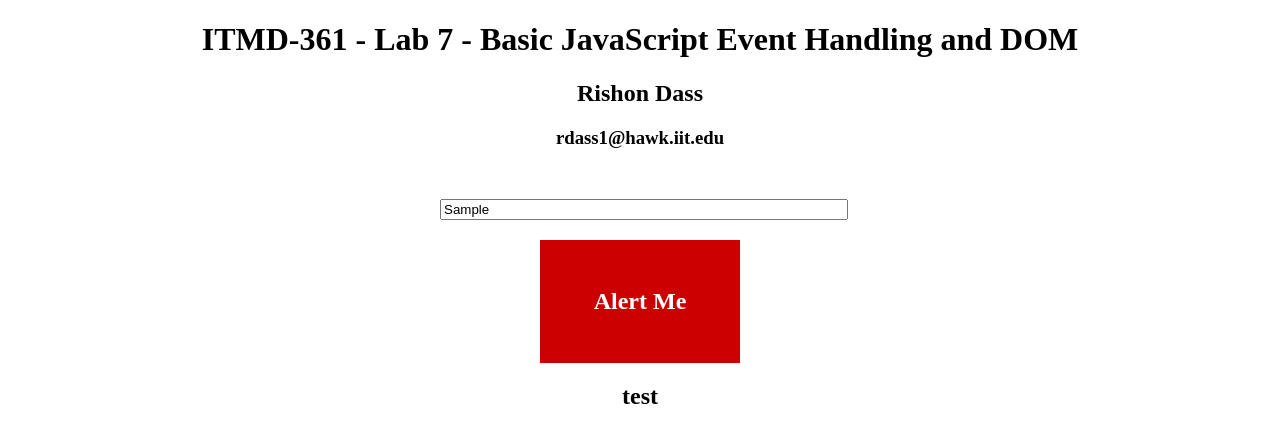
Repository: rishondass/ITMD316-Lab7
Page: index.html
The author's editor kept a copy of each file at every save. The page is drawn from the files as they stood at one save, then again after the next save.
The browser window is 1280 px wide. The pictures show the whole page.
Empty fields were first filled with sample values (such as "Sample", 5 or name@example.com).
After loading, the first visible `#entrybutton` was clicked once.

Above is the page before, as saved 2023-04-04 23:30:02.

### index.html
<!DOCTYPE html>
<html lang="en">
<head>
  <meta charset="UTF-8">
  <title>Lab 7 - Basic JavaScript Event Handling and DOM</title>
  <link rel="stylesheet" href="style/style.css">
  <script async src="js/script.js"></script>
</head>
<body>
  <h1 class="center">ITMD-361 - Lab 7 - Basic JavaScript Event Handling and DOM</h1>
  <h2 class="center">Rishon Dass</h2>
  <h3 class="center">rdass1@hawk.iit.edu</h3>
  <div id="container">
    <input id="entryinput" type="text" name="textentry" placeholder="Enter a Message">
    <div id="entrybutton">Alert Me</div>
    <h2 id="textoutput" class="center">Show results here</h2>
  </div>
</body>
</html>

### js/script.js
function init(){
//add your javascrip between these two lines of code
  let alertMetBtn = window.document.getElementById("entrybutton");
  let output = window.document.getElementById("textoutput");
  alertMetBtn.addEventListener("click",()=>{
    let input = window.document.getElementById("entryinput").value;
    output.innerHTML = "test";
    window.alert(`Rishon Dass: ${input}`);
  });



}







window.addEventListener('load', init);

Loaded but not shown: style/style.css (common file)

After the next save:
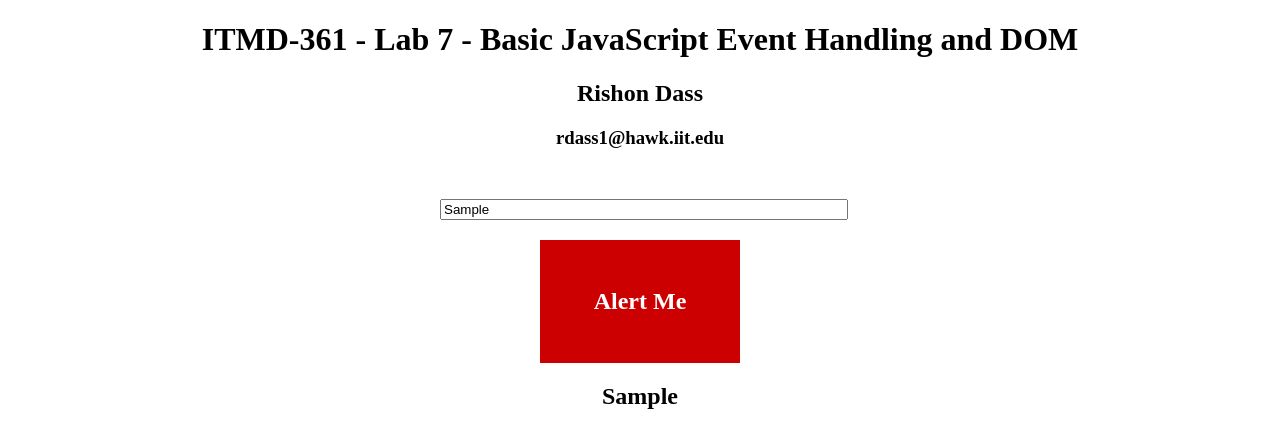
Saved 4 s later.
--- a/js/script.js
+++ b/js/script.js
@@ -4,7 +4,7 @@ function init(){
   let output = window.document.getElementById("textoutput");
   alertMetBtn.addEventListener("click",()=>{
     let input = window.document.getElementById("entryinput").value;
-    output.innerHTML = "test";
+    output.innerHTML = input;
     window.alert(`Rishon Dass: ${input}`);
   });
 
